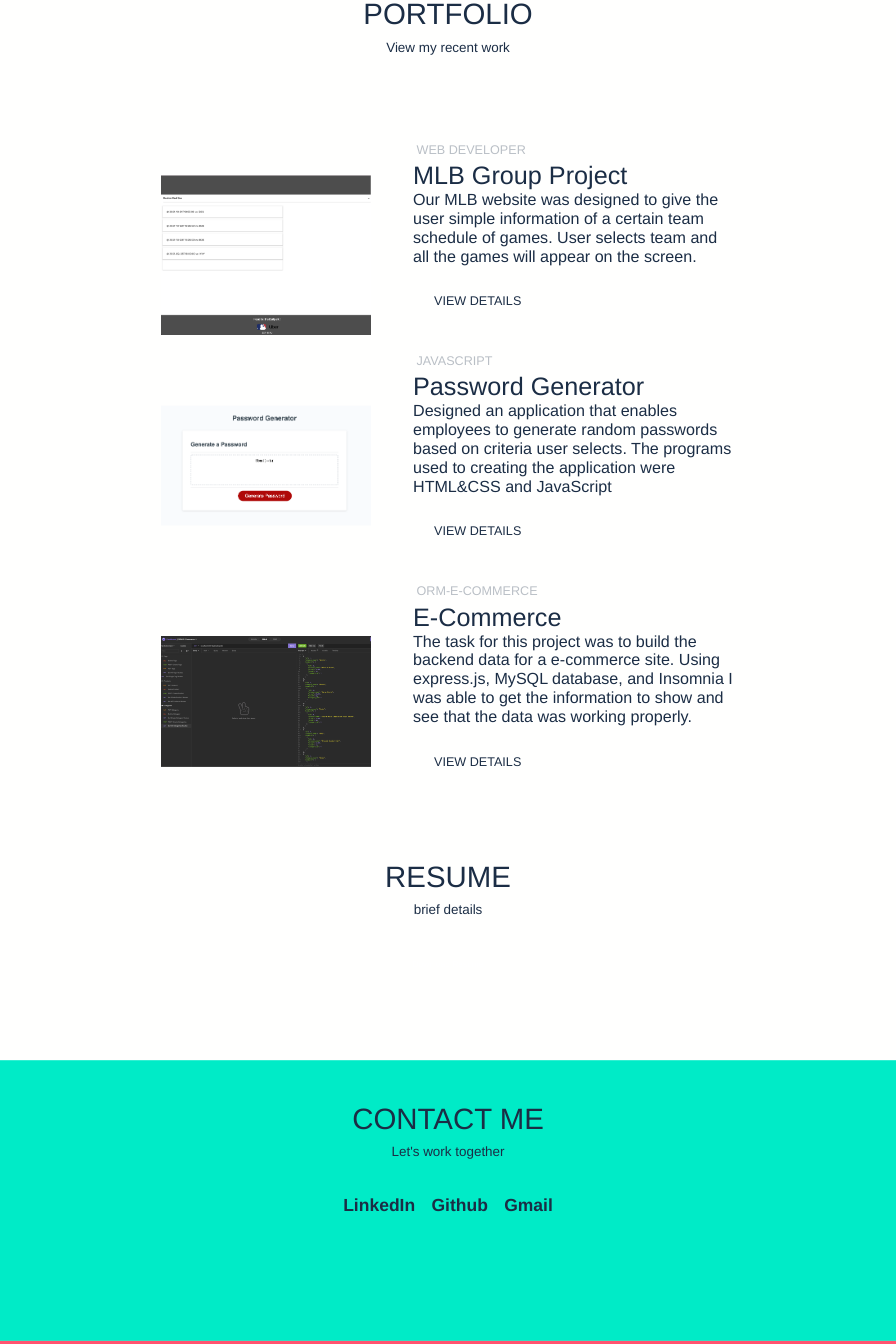
Repository: jb150524/JB-Portfolio
Page: index.html
An editor plug-in stored every save of this project. The page is shown before and after a run of saves, followed by the edit.
The browser window is 1280 px wide. The pictures show the part of the page from y = 2362 to 4282 px (the page is 4345 px tall before and 4364 px after), at 70% of full size.
Some web libraries are served in a nearby version.

Above is the page before, as saved 2021-09-25 21:39:12.

After the next 7 saves:
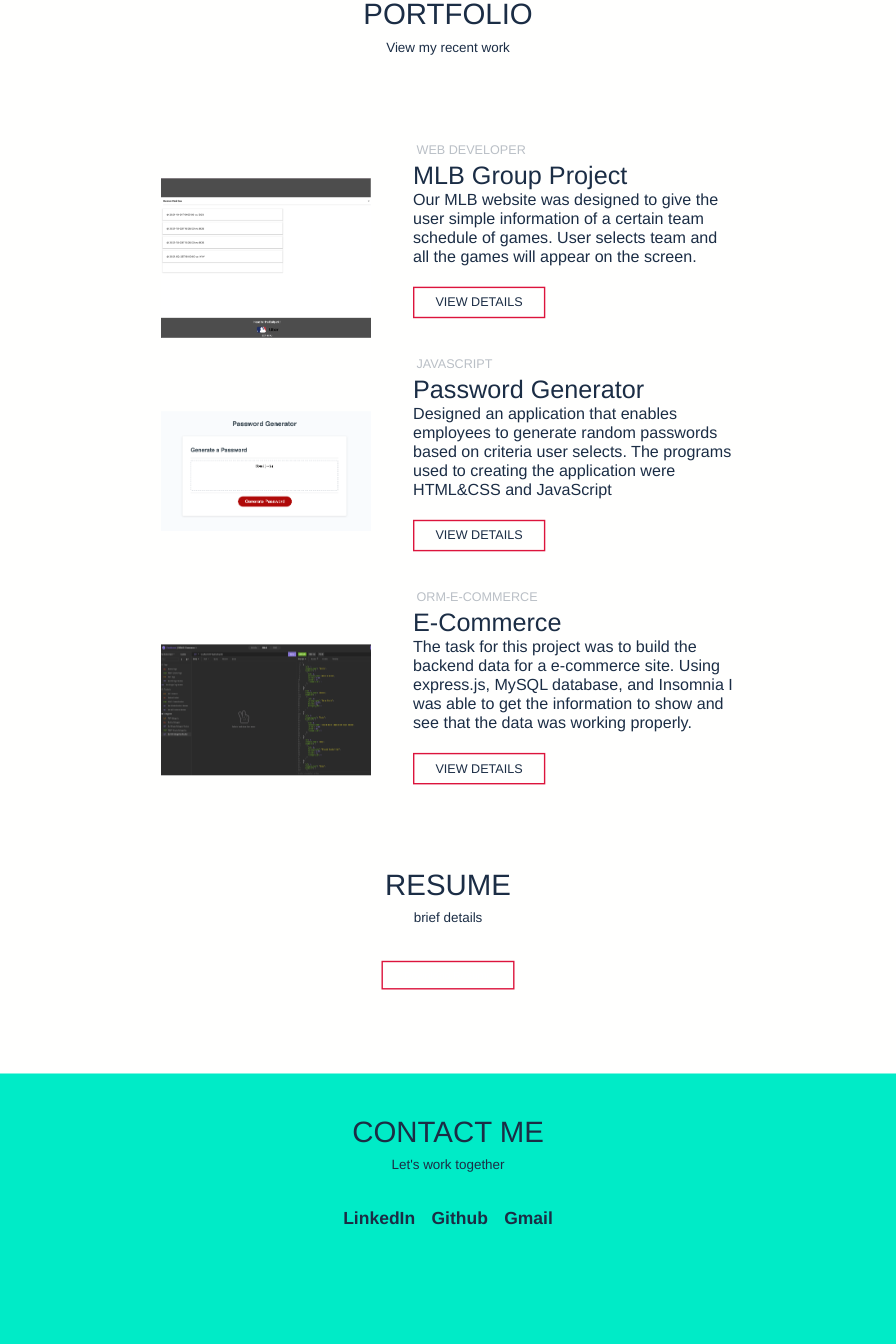
The 7 saves are shown as one change because they came seconds apart.
The last was saved 17 s later.
--- a/style.css
+++ b/style.css
@@ -38,7 +38,9 @@ a {
     padding: 10px 30px;
     color: white;
     background-color: transparent;
-    border: 2px
+    border: 2px solid crimson;
+    font-size: 15px;
+
 }
 
 p {
